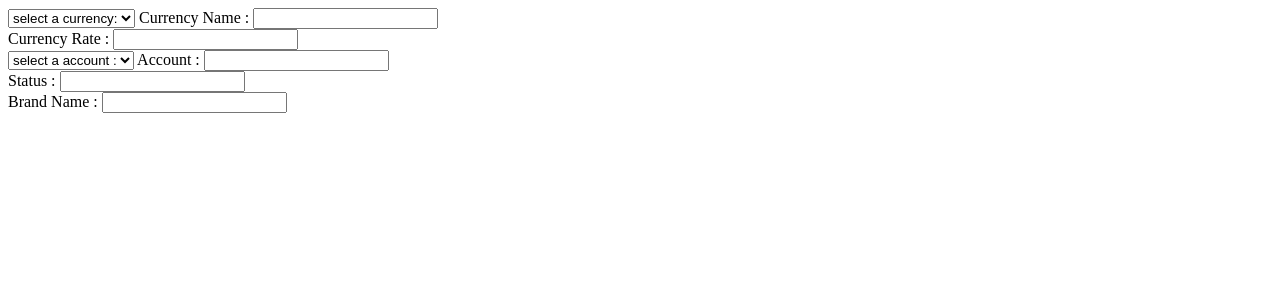
Repository: cheukyin21hk/DudeClothingConsole
Page: http://localhost/DudeClothing/WEB-INF/views/basicInfo.jsp
An editor plug-in stored every save of this project. The page is shown before and after the next save, followed by the edit.
The browser window is 1280 px wide. The pictures show the whole page.
The page is served by Tomcat 9. Nobody is signed in. Other server files are loaded and not shown. The template is opened directly, without the code that normally fills it, so the values that code supplies are empty.

Above is the page before, as saved 2015-05-22 10:21:32.

### DudeClothing/src/main/webapp/WEB-INF/views/basicInfo.jsp
<%@ page language="java" contentType="text/html; charset=UTF-8"
	pageEncoding="UTF-8"%>
<!DOCTYPE html PUBLIC "-//W3C//DTD HTML 4.01 Transitional//EN" "http://www.w3.org/TR/html4/loose.dtd">
<html>
<head>
<meta http-equiv="Content-Type" content="text/html; charset=UTF-8">
<title>Dude Clothing -</title>

</head>
<body>

	<div class="legend1" id="currencyForm">

		<select>
			<option>select a currency:</option>
		</select> Currency Name : <input type="text"><br /> Currency Rate : <input
			type="text">
	</div>

	<div class="legend1" id="accountForm">
		<select>
			<option>select a account :</option>
		</select> Account : <input type="text"><br />
	</div>

	<div class="legend1" id="statusForm">
		Status : <input type="text"><br />
	</div>

	<div class="legend1" id="brandForm">
		Brand Name : <input type="text"><br />
	</div>
</body>
</html>

After the next save:
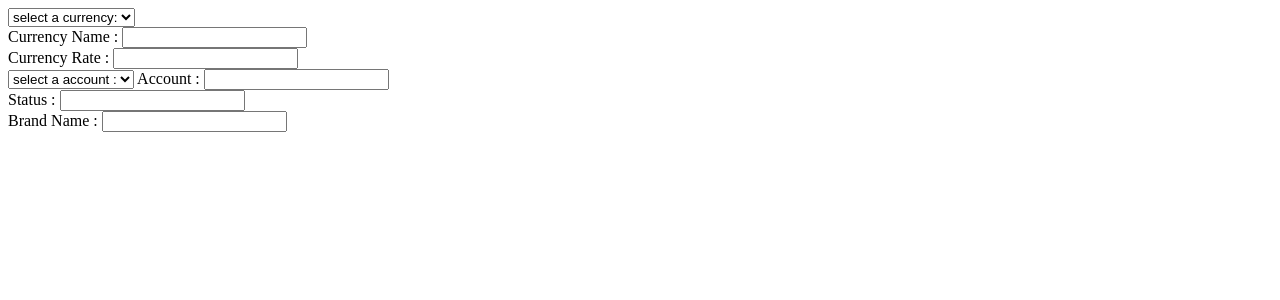
Saved 28 s later.
--- a/DudeClothing/src/main/webapp/WEB-INF/views/basicInfo.jsp
+++ b/DudeClothing/src/main/webapp/WEB-INF/views/basicInfo.jsp
@@ -13,7 +13,8 @@
 
 		<select>
 			<option>select a currency:</option>
-		</select> Currency Name : <input type="text"><br /> Currency Rate : <input
+		</select><br/>
+		Currency Name : <input type="text"><br /> Currency Rate : <input
 			type="text">
 	</div>
 
